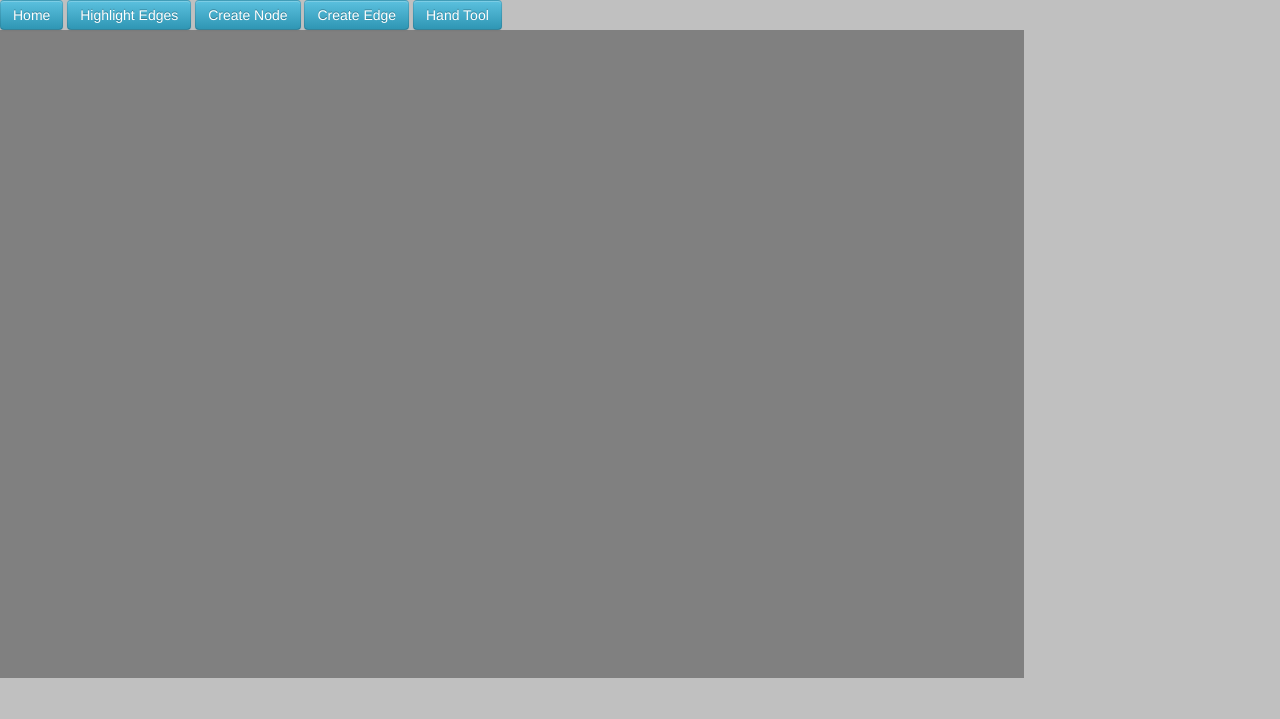
Repository: OrionDevelopers/projectwall
Page: graphSubjectPrototype2(usingKintetic)/graphSubjectPrototype2/graphSubject.html
The author's editor kept a copy of each file at every save. The page is drawn from the files as they stood at one save, then again after the next save.
The browser window is 1280 px wide. The pictures show the whole page.

Above is the page before, as saved 2013-04-18 08:44:57.
Console error: ReferenceError: onBodyLoad is not defined

After the next save:
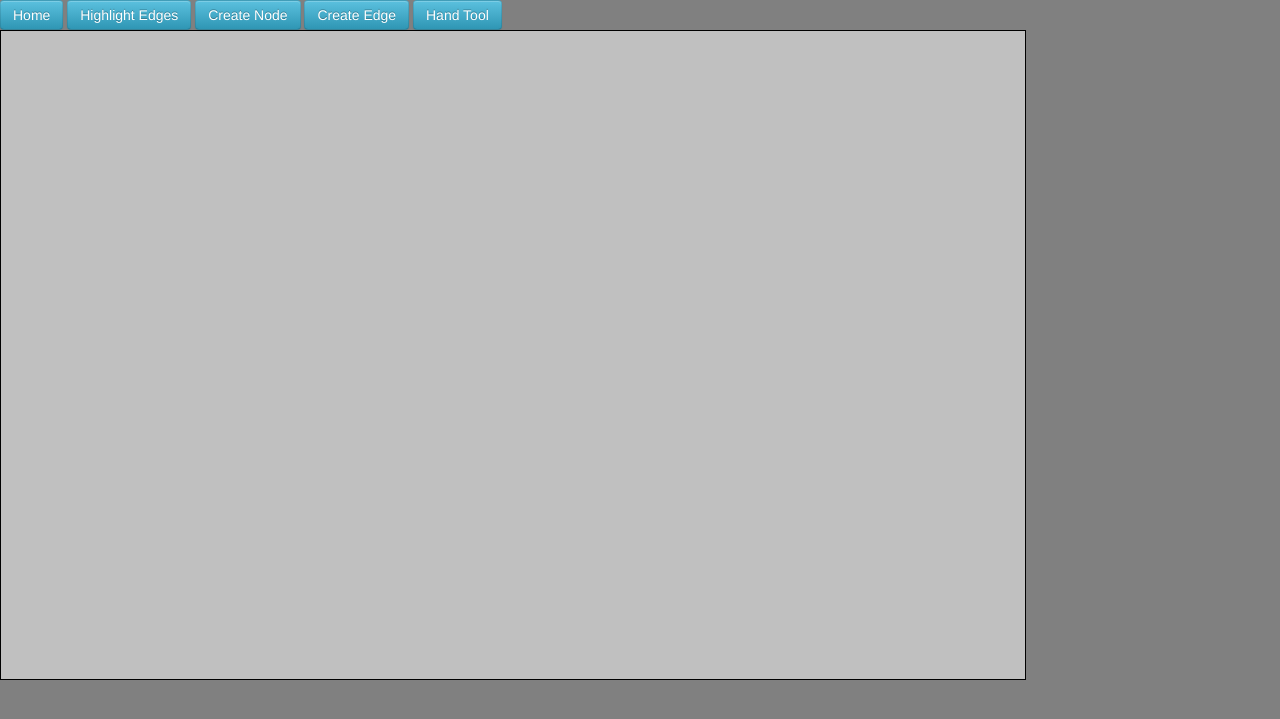
Saved 3 min 11 s later.
--- a/graphSubjectPrototype2(usingKintetic)/graphSubjectPrototype2/css/graphSubject.css
+++ b/graphSubjectPrototype2(usingKintetic)/graphSubjectPrototype2/css/graphSubject.css
@@ -5,10 +5,11 @@
 body,html{
 	width:100%;
 	height:100%;
-	background-color: silver;
+	background-color: gray;
 }
 #container{
 	width:80%;
 	height:90%;
-	background-color: gray;
+	border:1px solid black;
+	background-color: silver;
 }
